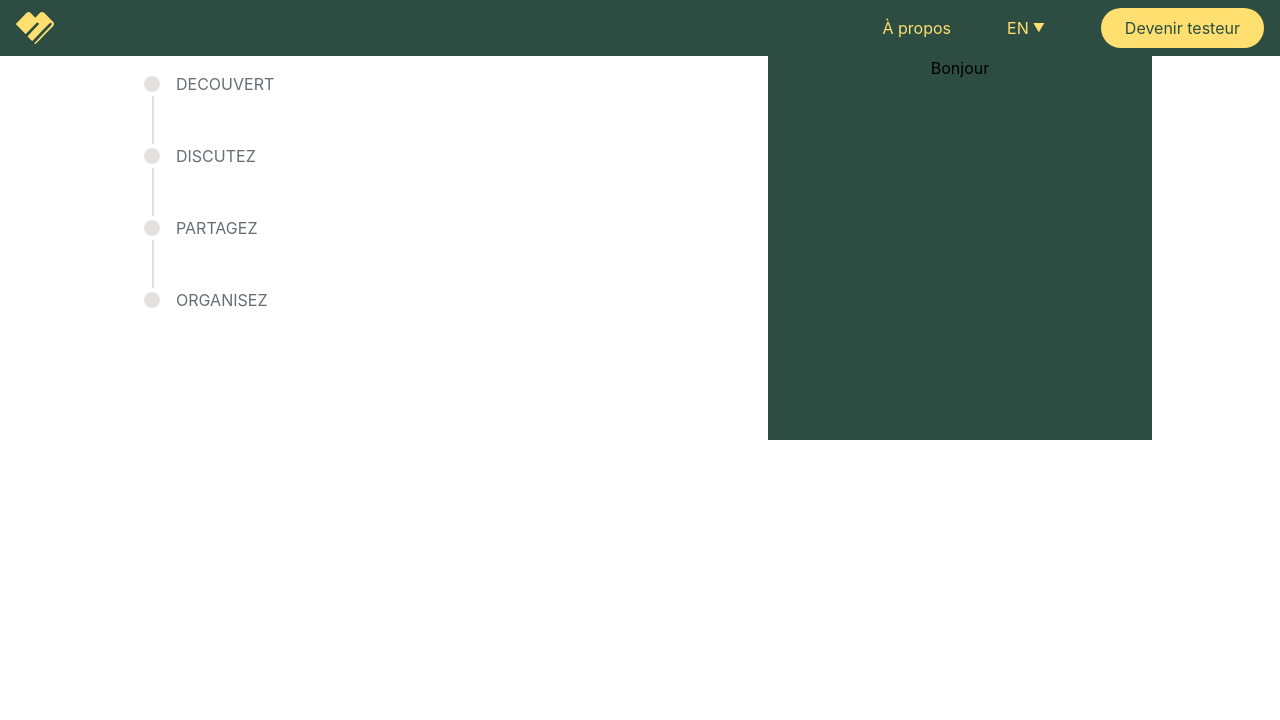
Repository: enas-elm/bookish-landing
Page: /
The author's editor kept a copy of each file at every save. The page is drawn from the files as they stood at one save, then again after the next save.
The browser window is 1280 px wide. The pictures show the whole page.
The project was rebuilt for these pictures with package versions that can differ from the ones it lists, and the page was loaded fresh each time.

Above is the page before, as saved 2024-09-11 16:52:27.

After the next save:
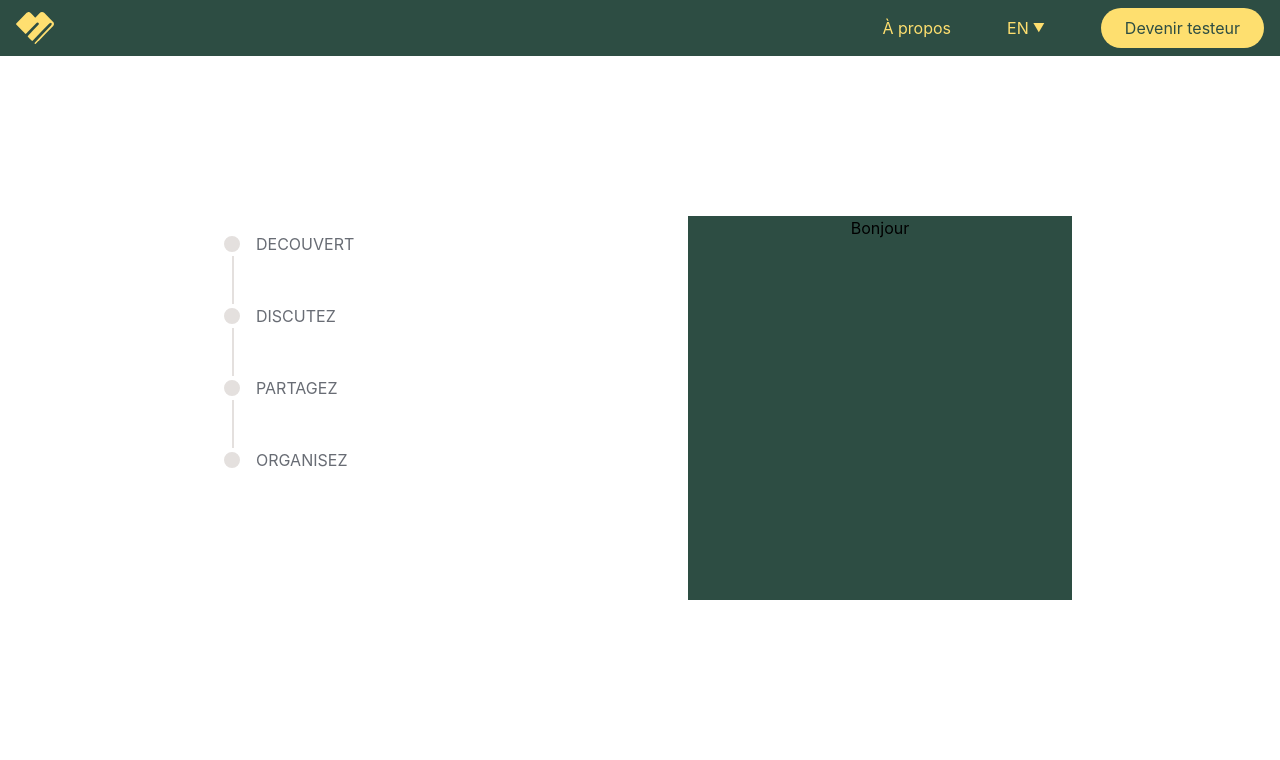
Saved 2 min 36 s later.
--- a/src/components/TimeLine.js
+++ b/src/components/TimeLine.js
@@ -15,7 +15,7 @@ function TimelineMenu() {
   };
 
   return (
-    <div className="lg:flex lg:flex-row lg:justify-around lg:items-center">
+    <div className="p-40 lg:flex lg:flex-row lg:justify-around lg:items-center">
       <div className="w-96 h-96 flex flex-col items-start p-4">
         {menuItems.map((item, index) => (
           <div key={item.id} className="flex flex-col items-start">
